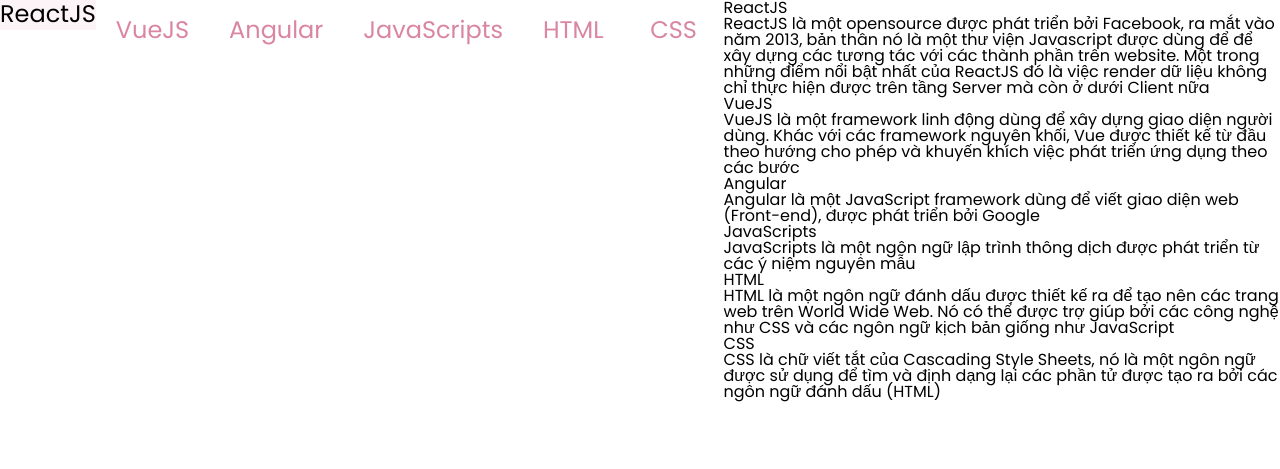
Repository: HoangLong0210/TabsUI
Page: index.html
The author's editor kept a copy of each file at every save. The page is drawn from the files as they stood at one save, then again after the next save.
The browser window is 1280 px wide. The pictures show the whole page.

Above is the page before, as saved 2022-05-16 11:19:16.

After the next save:
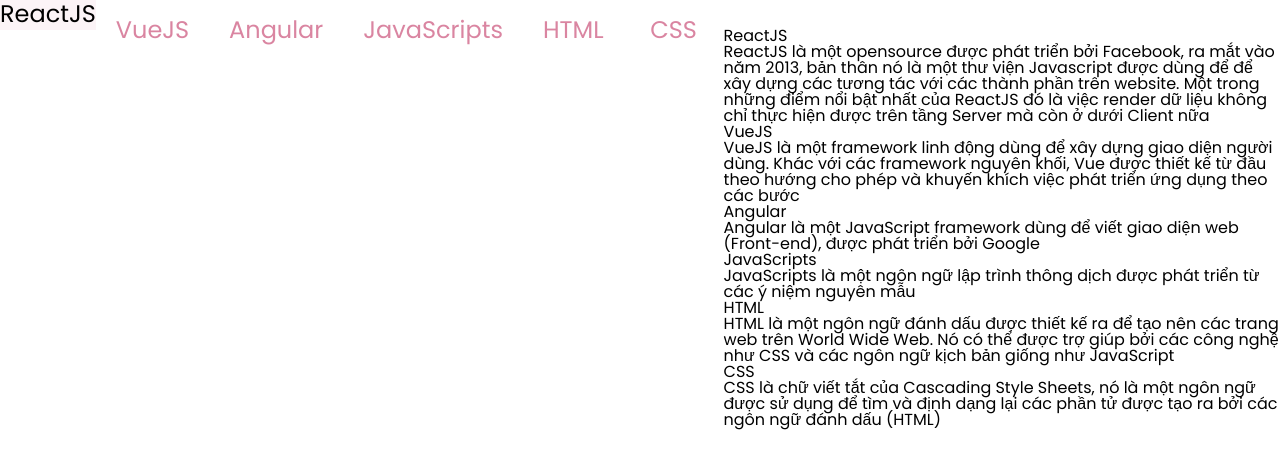
Saved 20 s later.
--- a/style.css
+++ b/style.css
@@ -61,3 +61,7 @@
 .tab-item.active {
     opacity: 1;
   }
+
+.content {
+    padding: 28px 0;
+}
